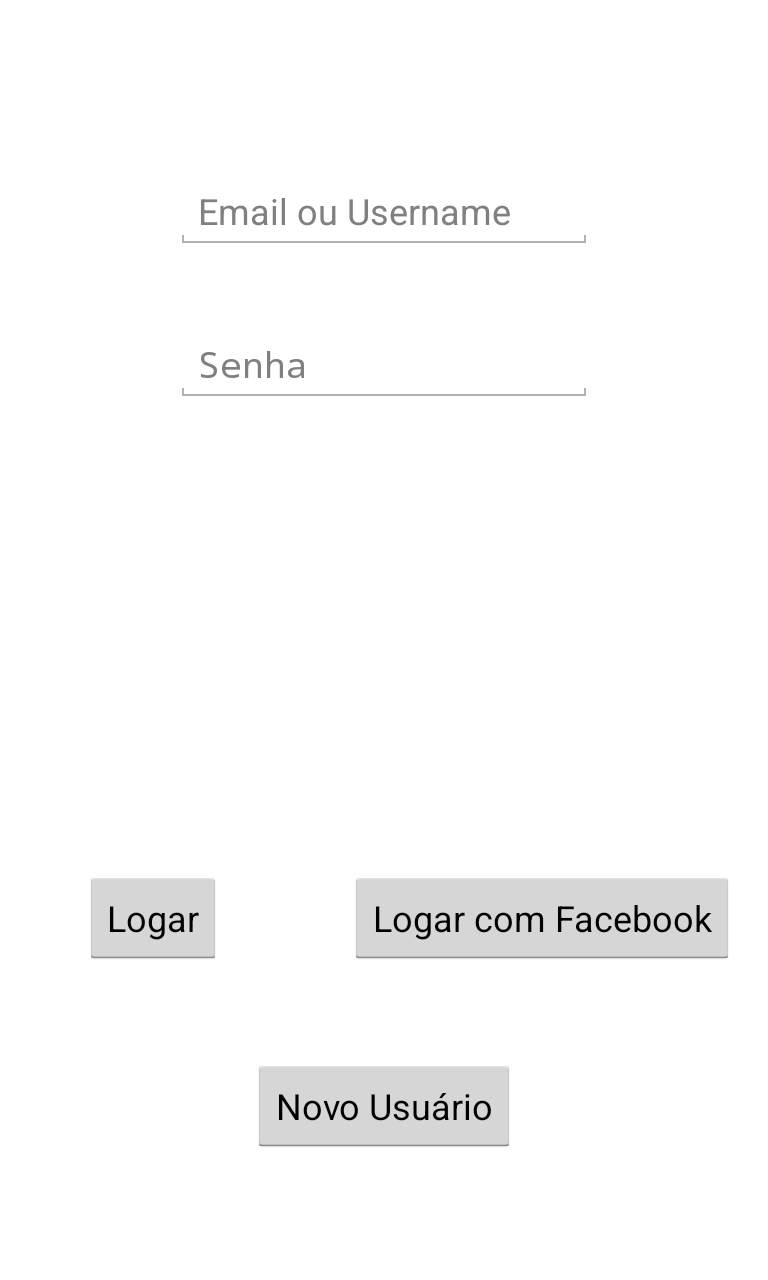
Repository: sergiofffilho/TrocandoIdeias
Layout: workspace/TrocandoIdeias/res/layout/activity_tela_login.xml
These files come from the project's save history. The layout is drawn as it stood at one moment and after the next save; the edit follows.
It is drawn on a 768 x 1280 px phone screen (xhdpi) without system bars, with theme AppTheme; the app's code is not run. The app's manifest (not shown) leaves right-to-left support off. So textAlignment, textDirection and layoutDirection are ignored, and left and right values win over start and end ones.

Above is the layout before, as saved 2015-04-25 14:51:09.

After the next save:
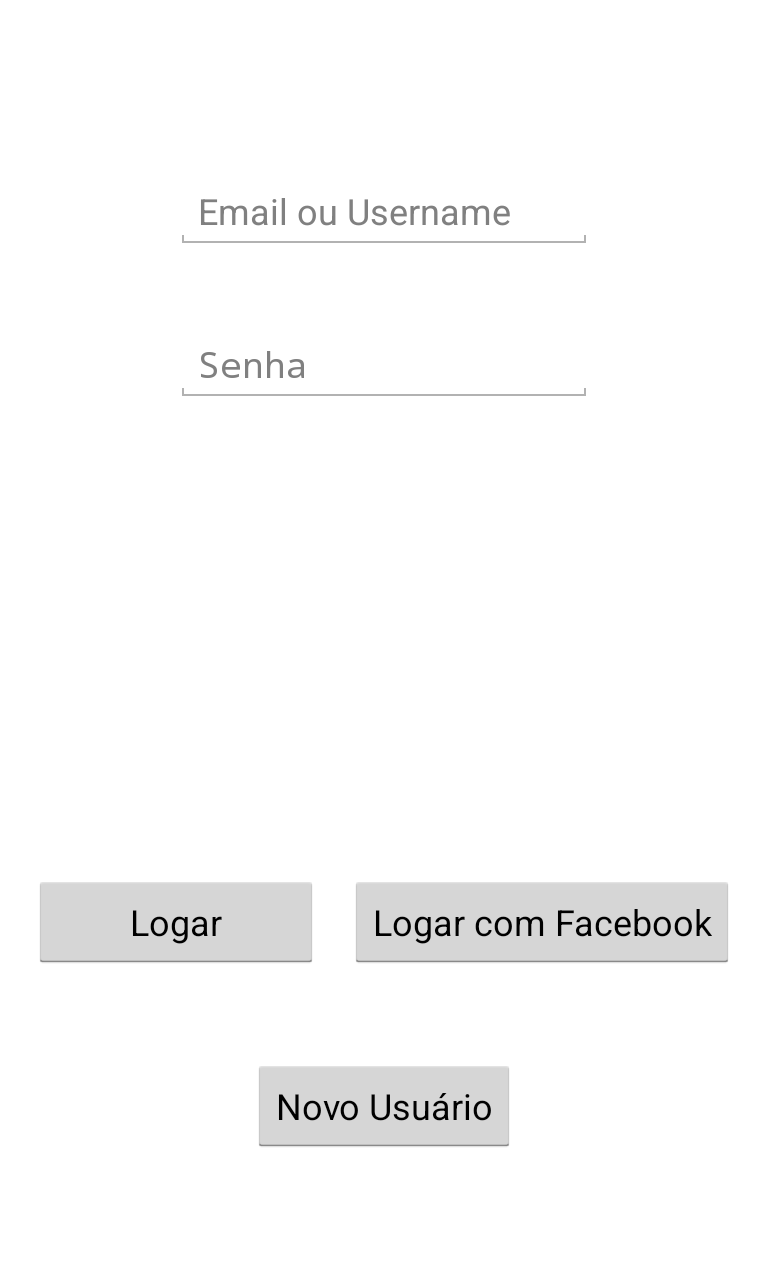
Saved 24 s later.
--- a/workspace/TrocandoIdeias/res/layout/activity_tela_login.xml
+++ b/workspace/TrocandoIdeias/res/layout/activity_tela_login.xml
@@ -39,22 +39,25 @@
         android:text="@string/cadastrar" />
 
     <Button
+        android:id="@+id/button1"
+        android:layout_width="wrap_content"
+        android:layout_height="wrap_content"
+        android:layout_above="@+id/button3"
+        android:layout_alignParentLeft="true"
+        android:layout_marginBottom="44dp"
+        android:layout_marginEnd="14dp"
+        android:layout_toLeftOf="@+id/button2"
+        android:layout_toStartOf="@+id/button3"
+        android:text="@string/logar" />
+
+    <Button
         android:id="@+id/button2"
         android:layout_width="wrap_content"
         android:layout_height="wrap_content"
         android:layout_alignBaseline="@+id/button1"
         android:layout_alignBottom="@+id/button1"
         android:layout_alignParentEnd="true"
+        android:layout_alignParentRight="true"
         android:text="@string/facebook" />
 
-    <Button
-        android:id="@+id/button1"
-        android:layout_width="wrap_content"
-        android:layout_height="wrap_content"
-        android:layout_above="@+id/button3"
-        android:layout_marginBottom="46dp"
-        android:layout_marginEnd="14dp"
-        android:layout_toStartOf="@+id/button3"
-        android:text="@string/logar" />
-
 </RelativeLayout>
